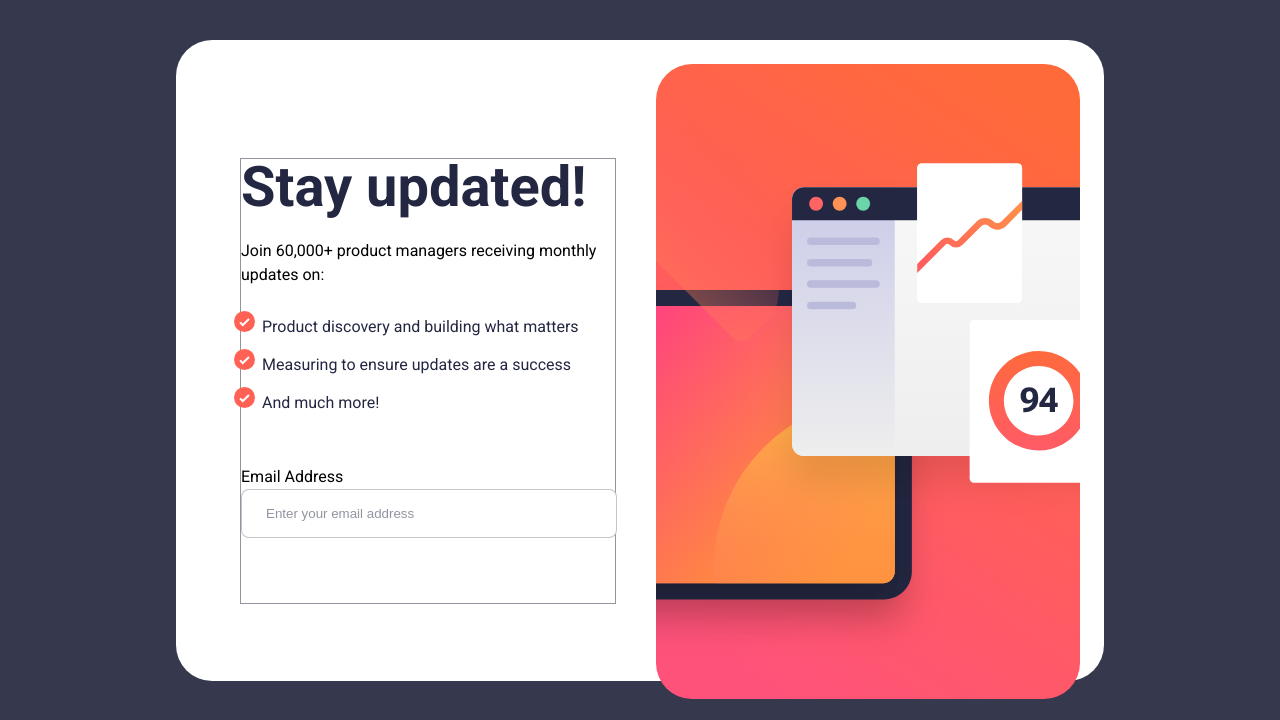
Repository: brandontaylor1/newsletter-signup
Page: index.html
The author's editor kept a copy of each file at every save. The page is drawn from the files as they stood at one save, then again after the next save.
The browser window is 1280 px wide. The pictures show the whole page.

Above is the page before, as saved 2025-01-19 20:56:21.

After the next save:
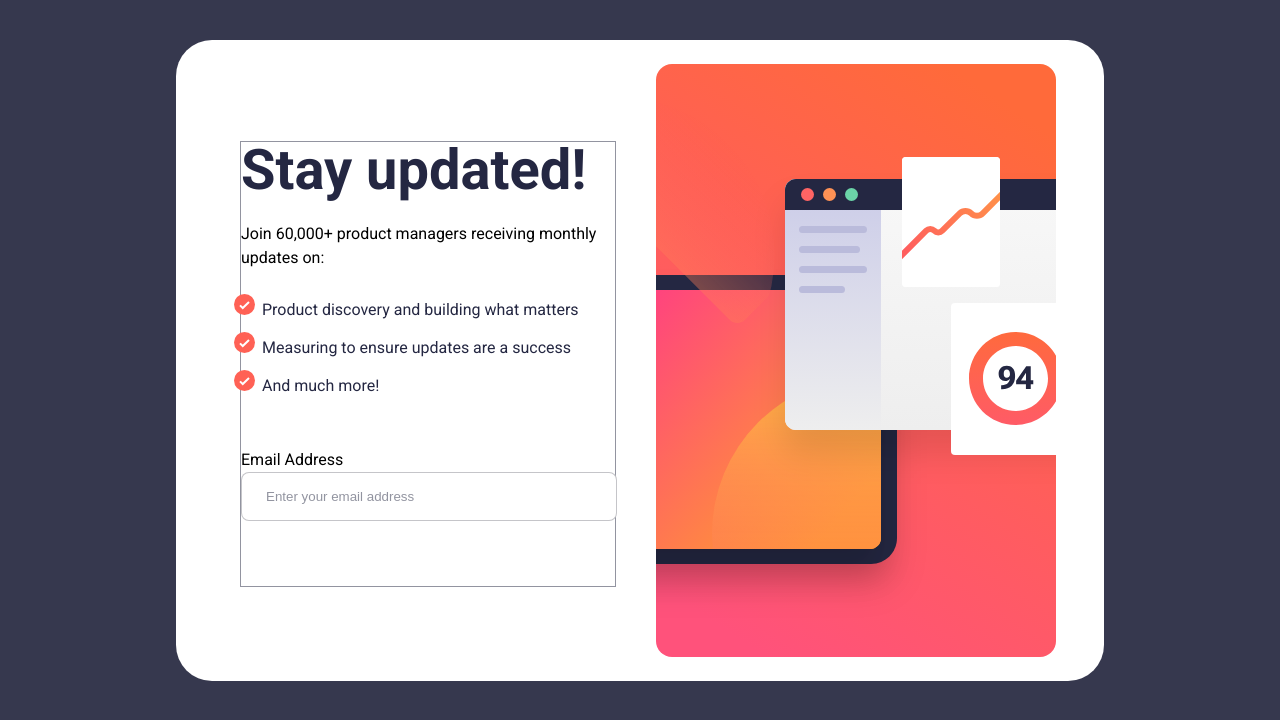
Saved 37 s later.
--- a/styles.css
+++ b/styles.css
@@ -113,8 +113,5 @@ body {
 
 
 .card-image img {
-    width: 100%;
-    height: 100%;
     object-fit: cover;
-    border-radius: 36px;
 }
